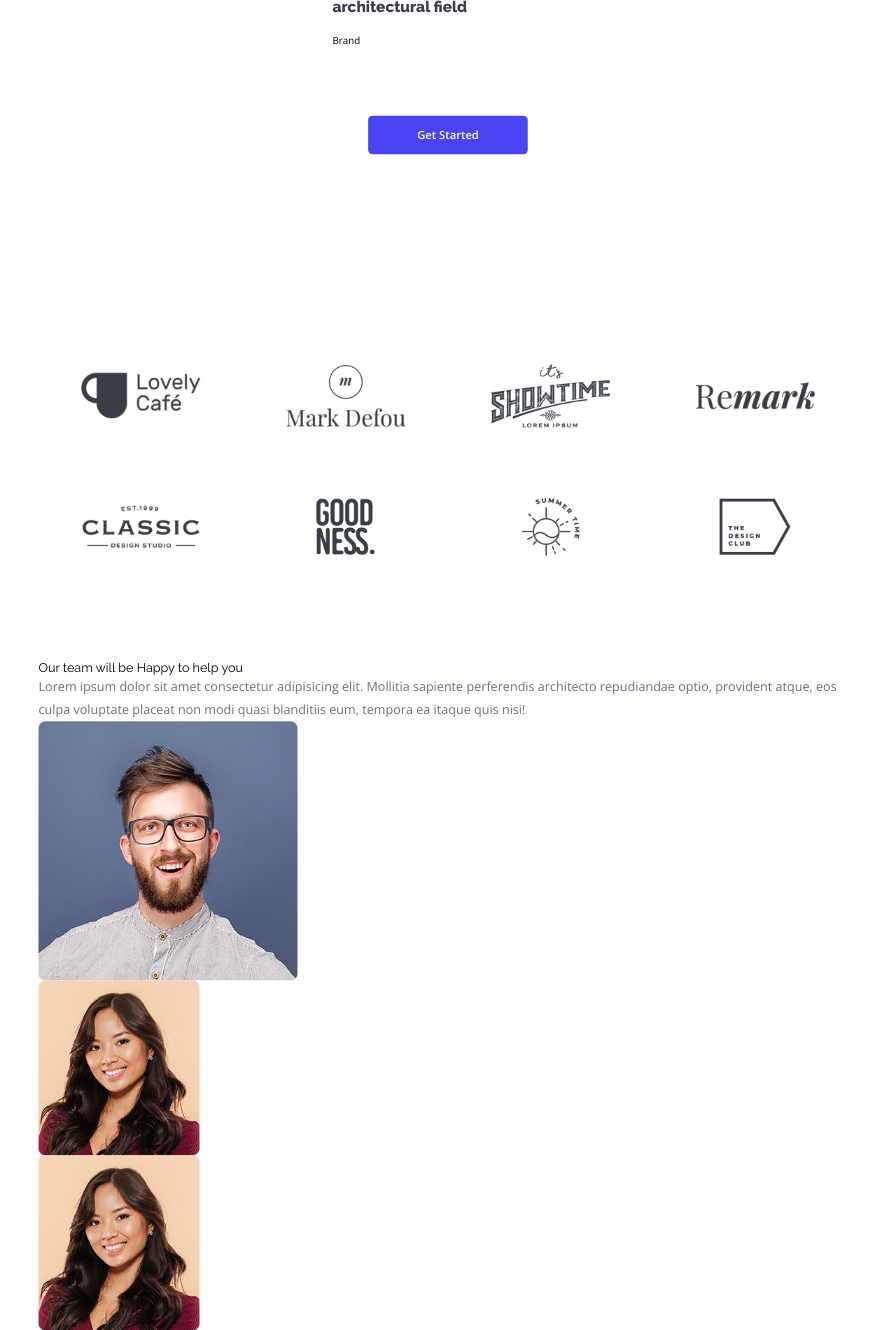
Repository: huydev0401/octavian-1
Page: index.html
An editor plug-in stored every save of this project. The page is shown before and after the next save, followed by the edit.
The browser window is 1280 px wide. The pictures show the part of the page from y = 2919 to 4839 px (the page is 4819 px tall before and 4839 px after), at 70% of full size.
The style sheet was rebuilt from its Sass, Less or Tailwind sources for each picture, by a compiler version that may differ from the author's.

Above is the page before, as saved 2021-09-02 14:36:15.

After the next save:
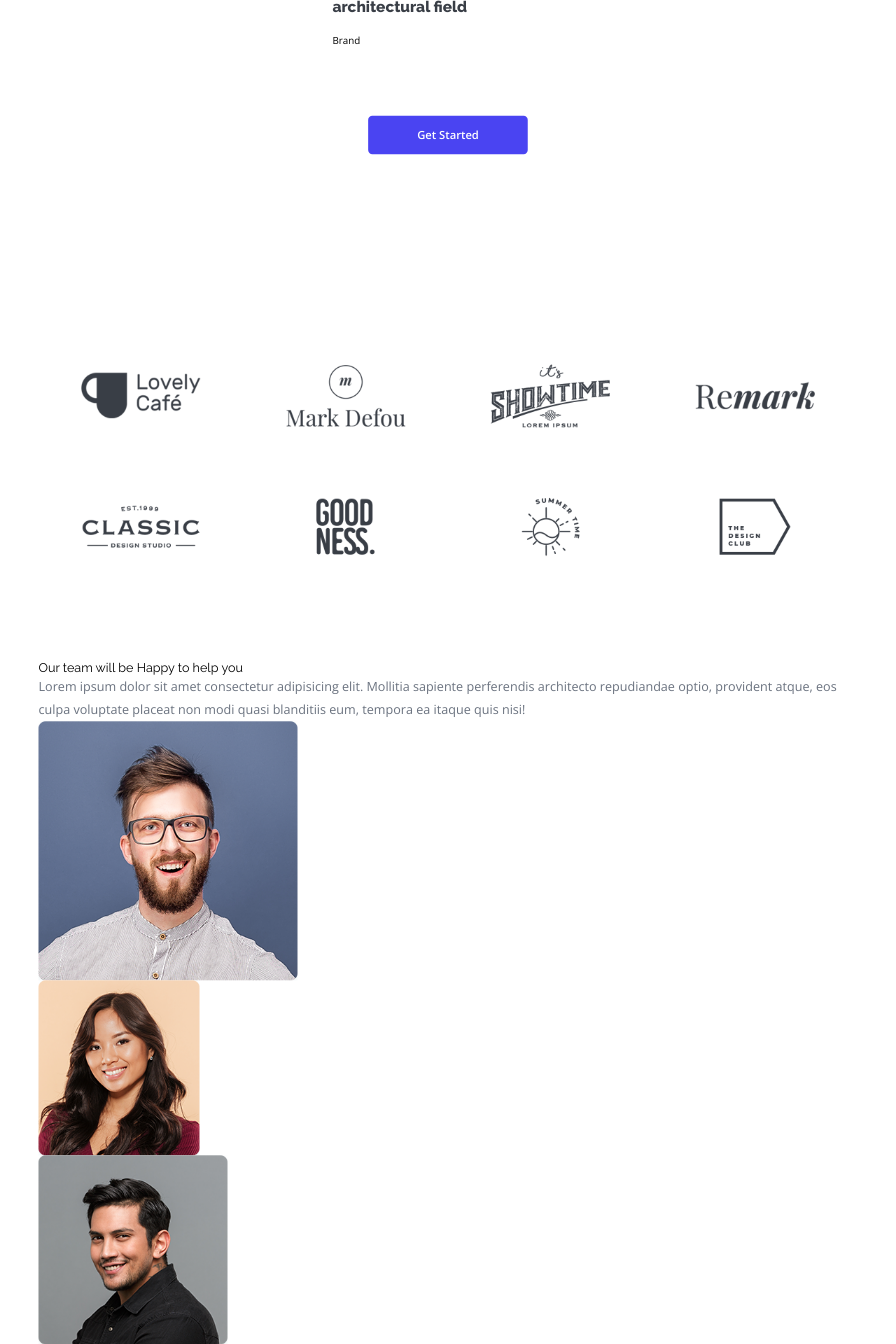
Saved 9 s later.
--- a/index.html
+++ b/index.html
@@ -218,7 +218,7 @@
                         </div>
                         <div class="team-column">
                             <a href="#" class="team-image">
-                                <img src="./images/team2.png" alt="">
+                                <img src="./images/team3.png" alt="">
                             </a>
                         </div>
                     </div>
